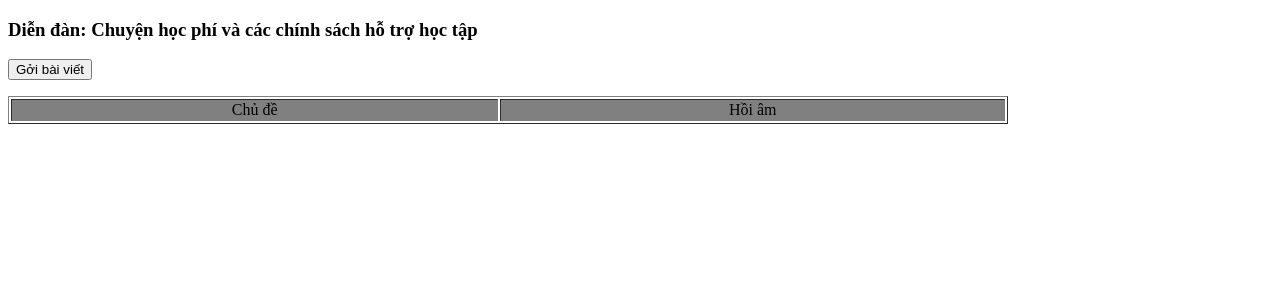
Repository: nguyenthanhnhan-st-961/GiuaKyChuyenDeWeb
Page: http://localhost/listTopics
An editor plug-in stored every save of this project. The page is shown before and after the next save, followed by the edit.
The browser window is 1280 px wide. The pictures show the whole page.
The page is this project's Thymeleaf template; nobody is signed in. The template is opened directly, without the code that normally fills it, so the values that code supplies are empty.

Above is the page before, as saved 2023-04-12 01:09:46.

After the next save:
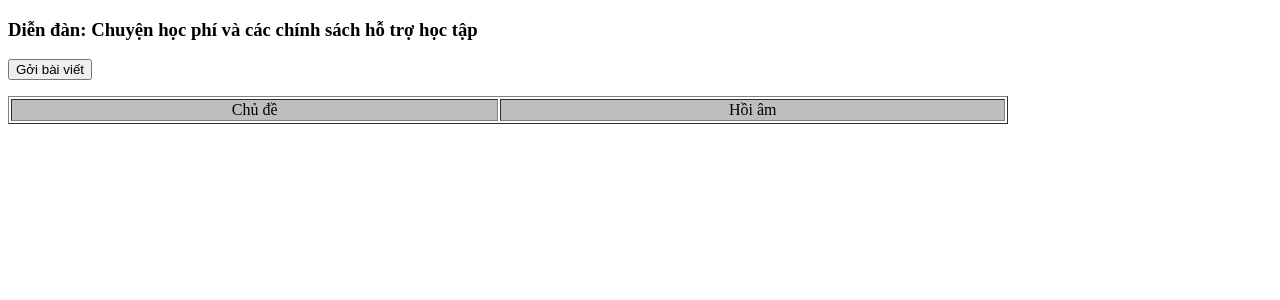
Saved 61 s later.
--- a/Forum/src/main/resources/templates/listTopics.html
+++ b/Forum/src/main/resources/templates/listTopics.html
@@ -8,7 +8,7 @@
 	  background-color: #D6EEEE;
 	}
 	thead{
-		background-color: #808080;
+		background-color: #BEBEBE;
 	}
 </style>
 </head>
